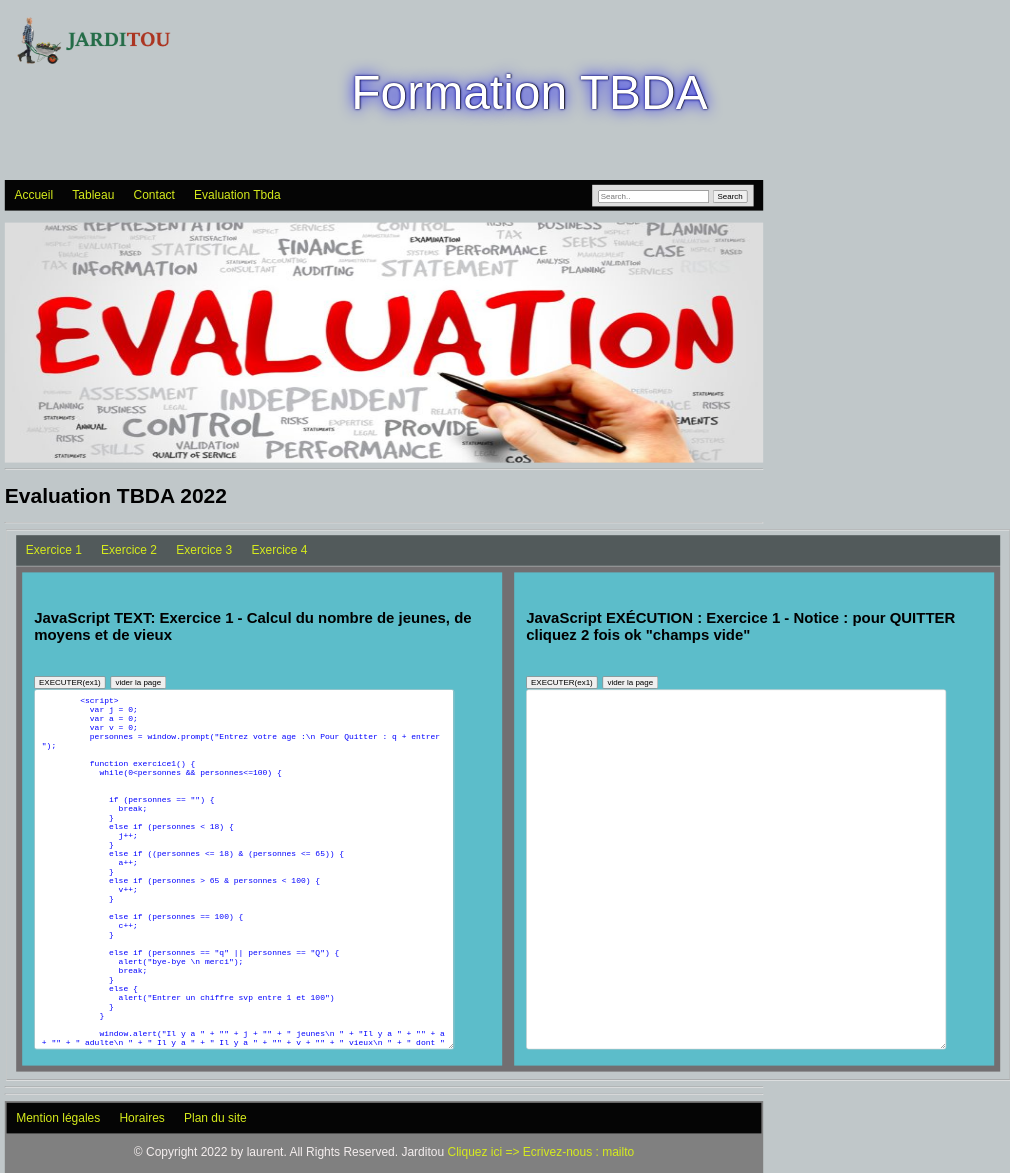
Repository: laurentbul/jarditou
Page: javascript/EvaluationTbda/eval_ex1.html
An editor plug-in stored every save of this project. The page is shown before and after the next save, followed by the edit.
The browser window is 1280 px wide. The page is 1684 px wide, so the pictures cover 1684 px, including what lies to the right of the window. The pictures show the whole page, at 60% of full size.
An inner scrolling area shows only its first screen.

Above is the page before, as saved 2022-12-16 03:35:42.

### javascript/EvaluationTbda/eval_ex1.html
<!DOCTYPE html>
<html lang="fr">

<head>
  <meta charset="UTF-8">
  <meta http-equiv="X-UA-Compatible" content="IE=edge">
  <meta name="viewport" content="width=device-width, initial-scale=1.0">
  <title>cours exercices HTML</title>
  <link rel="stylesheet" href="../assets/css/style.css" />

  <style>
    .flex-container2 {
      display: flex;
      background-color: rgb(114, 111, 113);
      justify-content: center;
    }

    .flex-container2>div {
      background-color: #5cbdca;
      margin: 10px;
      padding: 20px;
      font-size: 30px;
      width: 800px;
    }
  </style>
</head>

<body>
  <div class="flex-container">
    <div class="logo"><img src="../assets/img/jarditou_logo.png" alt="jarditou logo" title="jarditou logo"
        height="80" />
    </div>
    <div>
      <p class="slogan">Formation TBDA </p>
    </div>
  </div>
  <nav>
    <ul>
      <li><a href="../index.html">Accueil</a></li>
      <li><a href="../table.html">Tableau</a></li>
      <li><a href="../contact.html">Contact</a></li>
      <li><a href="../EvaluationTbda/evaluation_tbda.html">Evaluation Tbda</a></li>
      <li class="search-container">
        <div>
          <form action="/action_page.php">
            <input type="text" class="searchinput" placeholder="Search.." name="search" />
            <button type="submit">Search</button>
          </form>
        </div>
      </li>
    </ul>
  </nav>

  <img src="../assets/img/evaluation2.jpg" width="500" height="400" alt="qu'est ce que html" class="imgpromotion"
    title="promotion jarditou" />
  <hr />
  <h1>Evaluation TBDA 2022</h1>
  <hr>
  <fieldset>
    <nav style="padding:1px 0; font-size:20px;">
      <ul style="background-color: #525a5b;">
        <li><a href="eval_ex1.html">Exercice 1 </a></li>
        <li><a href="eval_ex2.html">Exercice 2 </a></li>
        <li><a href="eval_ex3.html">Exercice 3</a></li>
        <li><a href="eval_ex4.html">Exercice 4</a></li>
      </ul>
    </nav>
    <div class="flex-container2">
      <div id="code">
        <h5>JavaScript TEXT: Exercice 1 - Calcul du nombre de jeunes, de moyens et de vieux</h5>
        <input type="button" onclick="exercice1()" value="EXECUTER(ex1)">
        <input type="button" onclick="myFunction()" value="vider la page">
        <textarea style="height: 600px;width: 700px; color: blue;">
        <script>
          var j = 0;
          var a = 0;
          var v = 0;
          personnes = window.prompt("Entrez votre age :\n Pour Quitter : q + entrer ");

          function exercice1() {
            while(0<personnes && personnes<=100) {


              if (personnes == "") {
                break;
              }
              else if (personnes < 18) {
                j++;
              }
              else if ((personnes <= 18) & (personnes <= 65)) {
                a++;
              }
              else if (personnes > 65 & personnes < 100) {
                v++;
              }

              else if (personnes == 100) {
                c++;
              }

              else if (personnes == "q" || personnes == "Q") {
                alert("bye-bye \n merci");
                break;
              }
              else {
                alert("Entrer un chiffre svp entre 1 et 100")
              }
            }

            window.alert("Il y a " + "" + j + "" + " jeunes\n " + "Il y a " + "" + a + "" + " adulte\n " + " Il y a " + " Il y a " + "" + v + "" + " vieux\n " + " dont " +  c + "" + " centenaire ");
            document.getElementById("ex1").innerHTML = "Il y a " + "" + j + "" + " jeunes\n " + "Il y a " + "" + a + "" + " adulte\n " + " Il y a " + " Il y a " + "" + v + "" + " vieux\n " + " dont " + " 1 " + "" + " centenaire ";
            //document.write("Il y a " + "" + j + "" + " jeunes\n " + "Il y a " + "" + a + "" + " adulte\n " + " Il y a " + " Il y a " + "" + v + "" +" vieux\n " + " dont "+ " 1 " + "" + " centenaire ");
          }
          function myFunction() {
            location.reload();
          }
          function reset() {
            document.getElementById("myForm").reset();
          }
        </script>
    </textarea>
      </div>
      <div>
        <h5>JavaScript EXÉCUTION : Exercice 1 -  Notice : pour QUITTER cliquez 2 fois ok "champs vide"</h5>
        <input type="button" onclick="exercice1()" value="EXECUTER(ex1)">
        <input type="button" onclick="myFunction()" value="vider la page">
        <textarea id="ex1" style="height: 600px;width: 700px; color: blue;"></textarea>
      </div>
    </div>
  </fieldset>
  <hr>
  <hr>
  <script type="text/javascript" src="../assets/js/ex1.js"></script>
  <footer>
    <nav>
      <ul>
        <li><a href="./../mentionlegale.html">Mention légales</a></li>
        <li><a href="./../horaire.html">Horaires</a></li>
        <li><a href="./../plandusite.html">Plan du site</a></li>
      </ul>
    </nav>
    <p style="color: rgb(244, 238, 238);">
      &copy; Copyright 2022 by laurent. All Rights Reserved. Jarditou
      <a href="mailto:dave.loper@afpa.fr" title="Nous contacter">
        Cliquez ici => Ecrivez-nous : mailto
      </a>
    </p>
  </footer>
</body>

</html>

### javascript/assets/css/style.css
body {
  font-family: Arial, Helvetica, sans-serif;
  padding: 0px;
  background-color: rgb(192, 199, 201);
  font-size: 20px;
  height: 1500px;
}
h1{font-size: 35px;
}
h2{font-size: 20px;
}
.flex-container {
  display: flex;
}

.flex-container>div {
  padding: 20px;
}

.jarditou_logo {
  height: 80px;
}

.slogan {
  color: white;
  text-shadow: 1px 1px 2px black, 0 0 25px blue, 0 0 5px darkblue;
  font-size: 40px;
  margin-left: 250px;
  font-size: 80px;
}

ul {
  list-style-type: none;
  margin: 0;
  padding: 0;
  overflow: hidden;
  background-color: rgb(5, 5, 5);
}

li {
  float: left;
}

li a {
  display: block;
  color: white;
  text-align: center;
  padding: 14px 16px;
  text-decoration: none;
}

li a:hover:not(.active) {
  background-color: rgb(240, 10, 10);
}

.active {
  background-color: #4caf50;
}

a:link {
  color: rgb(214, 235, 28);
  background-color: transparent;
  text-decoration: none;
}

ul.a {

  background-color: rgb(179, 167, 167);

  color:rgb(42, 226, 211);

}


aside {
  width: 30%;
  height: 25%px;
  padding-left: 15px;
  float: right;
  font-style: italic;
  background-color: lightgray;
  margin-right: 60px;
  /*display:none */ /*===========correction =======================*/
}



.imgpromotion {
  display: block;
  margin-top: 20px;
  margin-left: auto;
  margin-right: auto;
  width: 100%;
}


footer {
  text-align: center;
  padding: 3px;
  background-color: gray;
  color: white;
}


.search-container {
  float: right;
  padding: 6px 10px;
  margin-top: 8px;
  margin-right: 16px;
  background: #ddd;
  font-size: 20px;
  border: none;
  cursor: pointer;
}


* {
  box-sizing: border-box;
}

input[type=text]:not(.searchinput),
select,
textarea {
  width: 100%;
  padding: 12px;
  border: 1px solid #ccc;
  border-radius: 4px;
  resize: vertical;
}



input[type=submit] {
  display: block;
  margin: 0px;
  width: 100%;
  padding: 12px;
  background-color: rgb(211, 211, 212);
}


input[type=submit]:hover {
  background-color: #d6c82f;
}

.container {
  border-radius: 5px;
  background-color: #af1818;
  padding: 20px;
}

#pays {
  font-size: 20px;
}

#birthday {
  font-size: 20px;
}

table {
  margin-bottom: 50px;
  margin-left: 100px;
}


th,
td {
  border: 1px solid black;
  border-collapse: collapse;
  margin-left: 100px;
  margin-bottom: 10px;
  background-color: #3f3324;
}

th {
  background-color: gray;
}

tr {
  color: azure;
}

table {
  width: 50%;
}

.btncontact {
  height: 45px;
  width: 200px;
  background-color: hsl(127, 4%, 46%);
  font-size: 20px;
  margin-left: 100px;
}

.btncontact:hover {
  background-color: #6ab0d8;
  color: white;
}

/* Responsive layout - when the screen is less than 768px wide, make the two columns stack on top of each other instead of next to each other */
@media screen and (max-width: 768px) {

  body {

    background-color: lavender;
    font-size: 14px;
  }


  .flex-container {
    display: flex;
  }

  .flex-container>div {
    padding: 0px;

  }

  .jarditou_logo {
    height: 80px;
  }

  .slogan {
    color: white;
    text-shadow: 1px 1px 2px black, 0 0 25px blue, 0 0 5px darkblue;
    margin-left: 0px;
    font-size: 40px;
  }

  ul {
    list-style-type: none;
    background-color: #367791;
    width: 768px;
  }

  li {
    background-color: rgb(10, 10, 10);
    display: flex;
    justify-content: center;
    width: 768px;
  }

  li a:hover:not(.active) {
    background-color: rgb(240, 10, 10);
  }

  aside{
    visibility: hidden;
}


}

.error{
  color: rgb(197, 22, 22);
}

### javascript/assets/js/ex1.js

var j = 0;
var a = 0;
var v = 0;
var personnes;
function exercice1() {
  do {
    personnes = window.prompt("Entrez votre age :\n Pour Quitter : q + entrer ");

    if (personnes == "") {
      break;
    }
    else if (personnes < 18) {
      j++;
    }
    else if ((personnes <= 18) || (personnes <= 65)) {
      a++;
    }
    else if (personnes > 65 || personnes < 100) {
      v++;
    }
    else if (personnes == "q" || personnes == "Q") {
      alert("bye-bye \n merci");
      break;
    }
    else {
      alert("Entrer un chiffre svp entre 1 et 100")
    }
  }
  while (personnes != 100);
  window.alert("Il y a " + "" + j + "" + " jeunes\n " + "Il y a " + "" + a + "" + " adulte\n " + " Il y a " + " Il y a " + "" + v + "" + " vieux\n " + " dont " + " 1 " + "" + " centenaire ");
  document.getElementById("ex1").innerHTML = "Il y a " + "" + j + "" + " jeunes\n " + "Il y a " + "" + a + "" + " adulte\n " + " Il y a " + " Il y a " + "" + v + "" + " vieux\n " + " dont " + " 1 " + "" + " centenaire ";
  //document.write("Il y a " + "" + j + "" + " jeunes\n " + "Il y a " + "" + a + "" + " adulte\n " + " Il y a " + " Il y a " + "" + v + "" +" vieux\n " + " dont "+ " 1 " + "" + " centenaire ");
}
function myFunction() {
  location.reload();
}
function reset() {
  document.getElementById("myForm").reset();
}

After the next save:
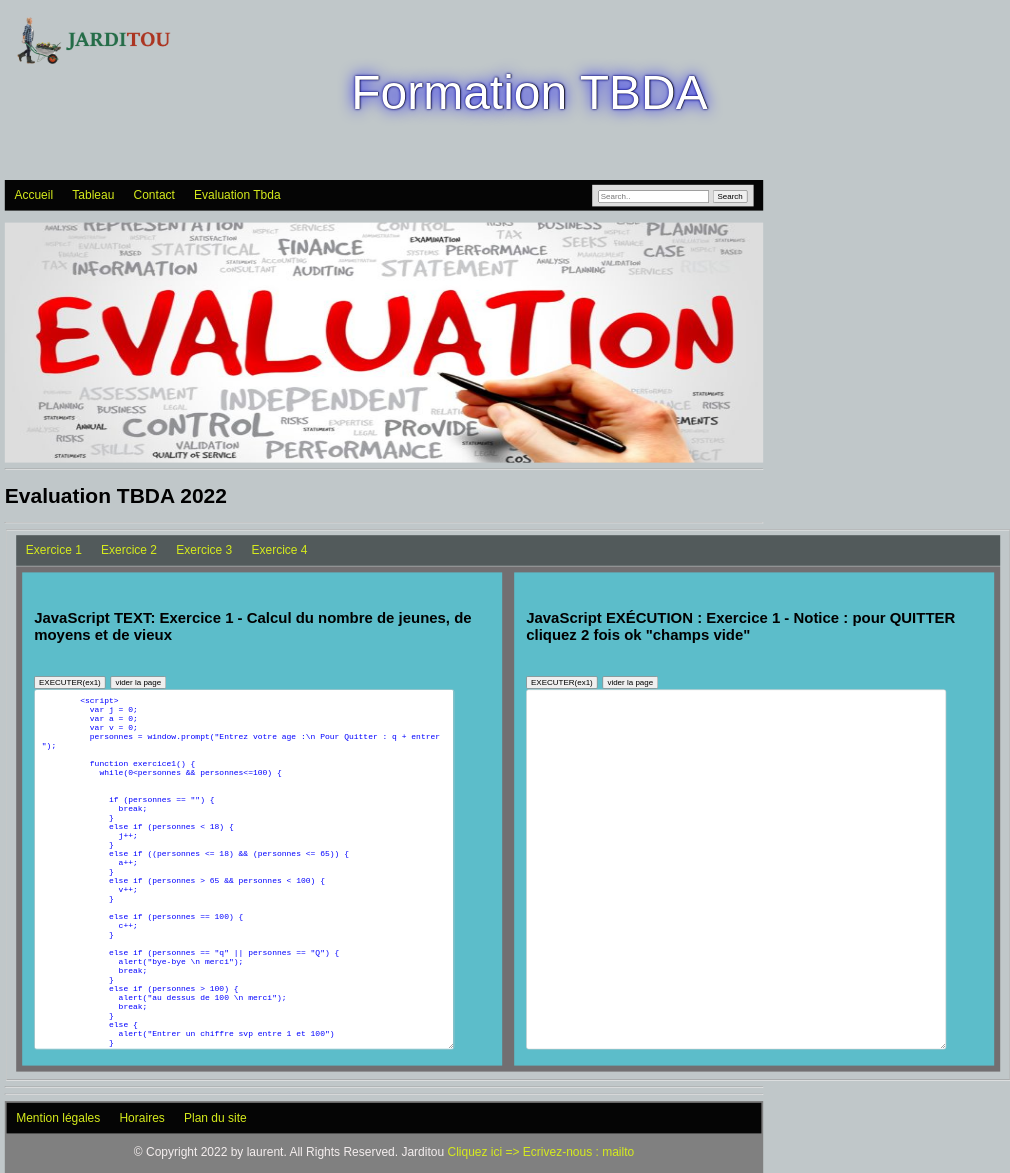
Saved 2 min 59 s later.
--- a/javascript/EvaluationTbda/eval_ex1.html
+++ b/javascript/EvaluationTbda/eval_ex1.html
@@ -87,10 +87,10 @@
               else if (personnes < 18) {
                 j++;
               }
-              else if ((personnes <= 18) & (personnes <= 65)) {
+              else if ((personnes <= 18) && (personnes <= 65)) {
                 a++;
               }
-              else if (personnes > 65 & personnes < 100) {
+              else if (personnes > 65 && personnes < 100) {
                 v++;
               }
 
@@ -100,6 +100,10 @@
 
               else if (personnes == "q" || personnes == "Q") {
                 alert("bye-bye \n merci");
+                break;
+              }
+              else if (personnes > 100) {
+                alert("au dessus de 100 \n merci");
                 break;
               }
               else {
